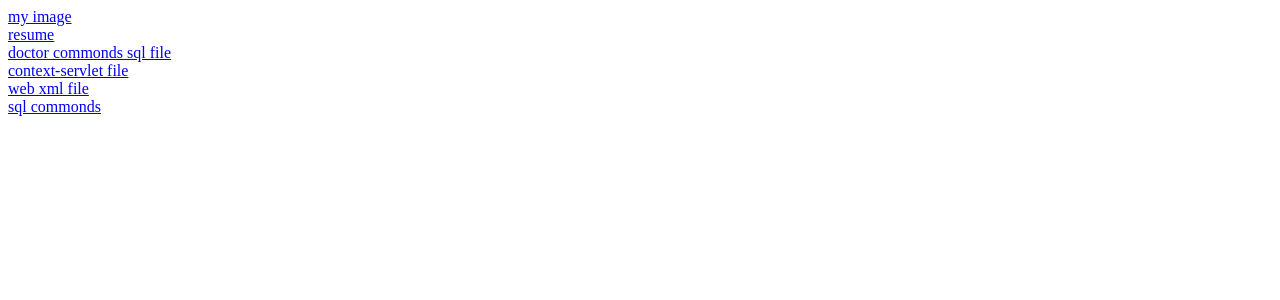
Repository: chetanmelavanki/Spring
Page: train/src/main/webapp/WEB-INF/ResourceLinks.html
These files come from the project's save history. The page is drawn as it stood at one moment and after the next save; the edit follows.
The browser window is 1280 px wide. The pictures show the whole page.

Above is the page before, as saved 2022-07-13 07:04:36.

After the next save:
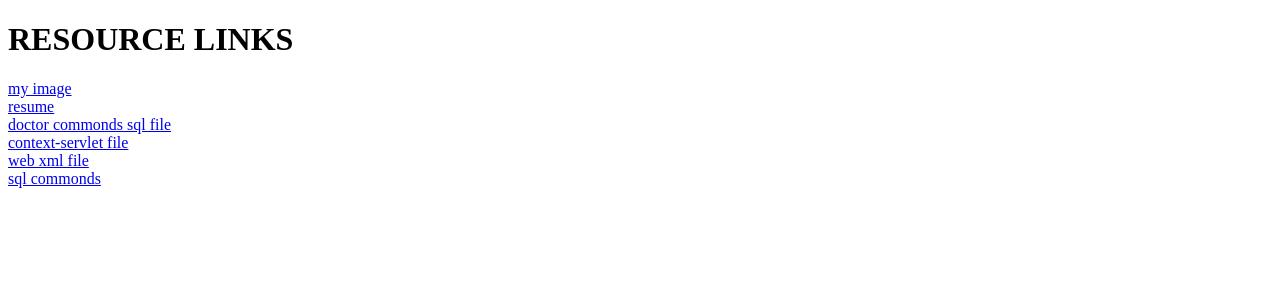
Saved 38 s later.
--- a/train/src/main/webapp/WEB-INF/ResourceLinks.html
+++ b/train/src/main/webapp/WEB-INF/ResourceLinks.html
@@ -5,6 +5,7 @@
 <title>RESOURCE LINKS</title>
 </head>
 <body>
+<h1>RESOURCE LINKS</h1>
 <a href="http://localhost:8080/train/getJPGresourse" target="_blank">my image</a><br>
 <a href="http://localhost:8080/train/getPDFResource" target="_blank">resume</a><br>
 <a href="http://localhost:8080/train/getSQLresource" target="_blank">doctor commonds sql file</a><br>
